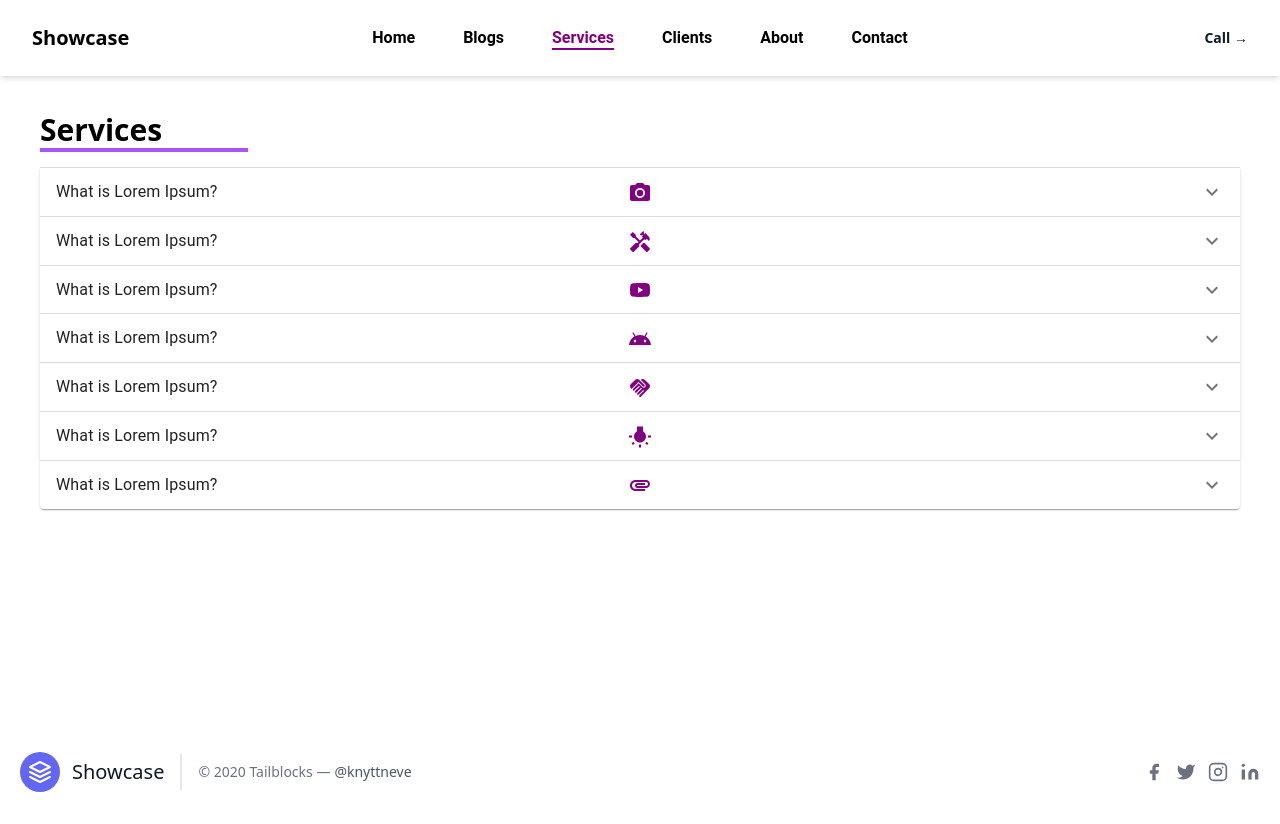
Repository: prashant523580/showcase
Page: /services
These files come from the project's save history. The page is drawn as it stood at one moment and after the next save; the edit follows.
The browser window is 1280 px wide. The pictures show the whole page.
An inner scrolling area shows only its first screen. The project was rebuilt for these pictures with package versions that can differ from the ones it lists, and the page was loaded fresh each time. The framework's server and built-in components were replaced by stand-ins that run in the browser. Also part of the build but not shown: next.config.js.

Above is the page before, as saved 2023-03-25 18:30:49.

After the next save:
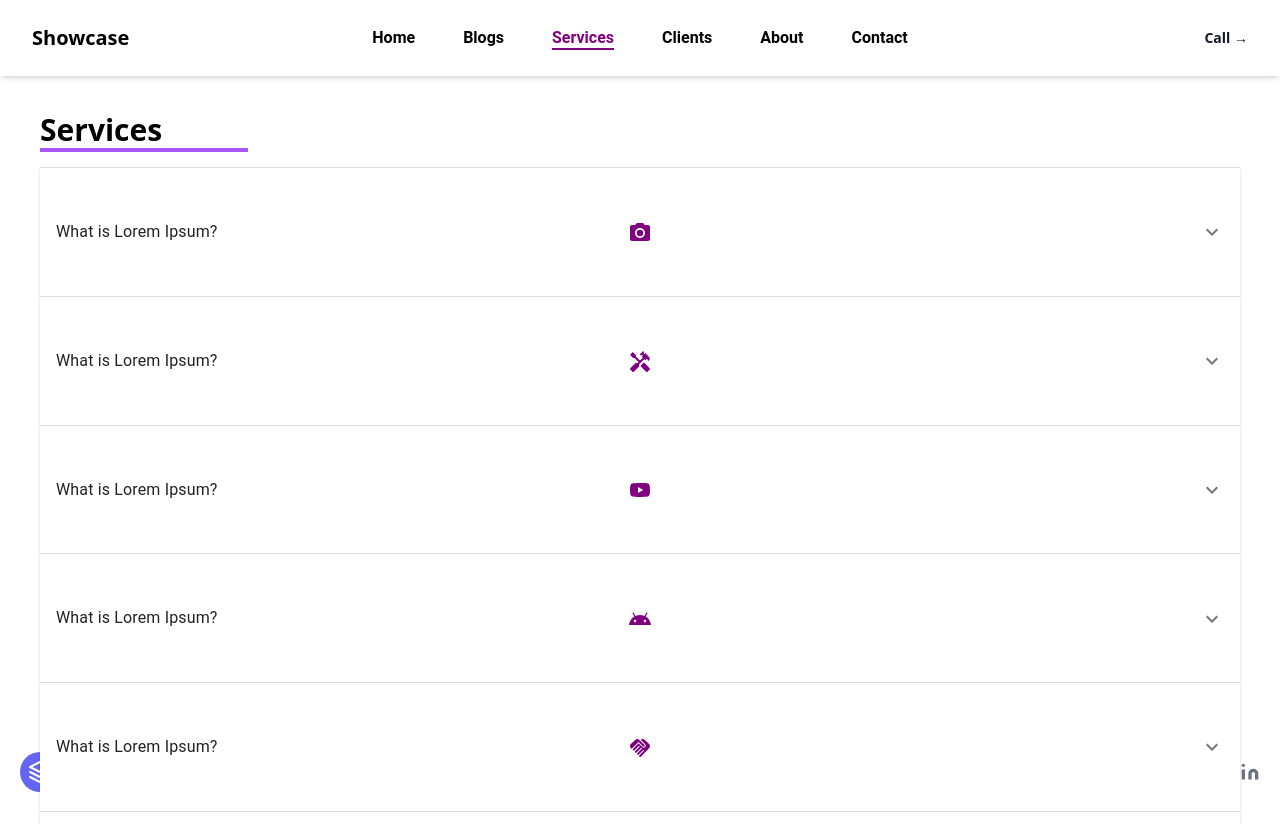
Saved 76 s later.
--- a/src/pages/services.tsx
+++ b/src/pages/services.tsx
@@ -80,6 +80,9 @@ export default function Sercices() {
                     expandIcon={<ExpandMoreIcon />}
                     aria-controls="panel1bh-content"
                     id="panel1bh-header"
+                    sx={{
+                        py:5
+                    }}
                     >
                     <Typography sx={{ width: '50%', flexShrink: 0 }}>
                         {service.label}
